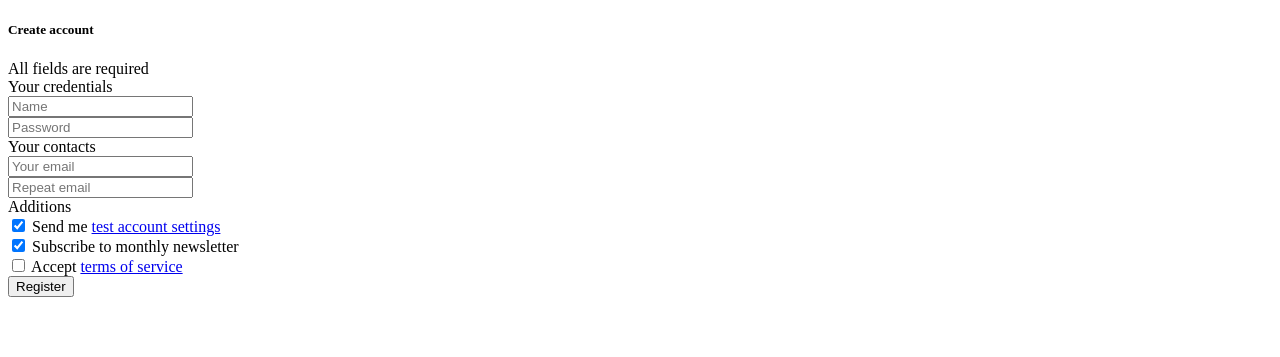
Repository: dionannd/laravel-inventory
Page: http://localhost/register
These files come from the project's save history. The page is drawn as it stood at one moment and after the next save; the edit follows.
The browser window is 1280 px wide. The pictures show the whole page.
The page is served by the project's Laravel application, run on PHP 8.4 with Laravel 8.

Above is the page before, as saved 2019-08-02 19:35:40.

After the next save:
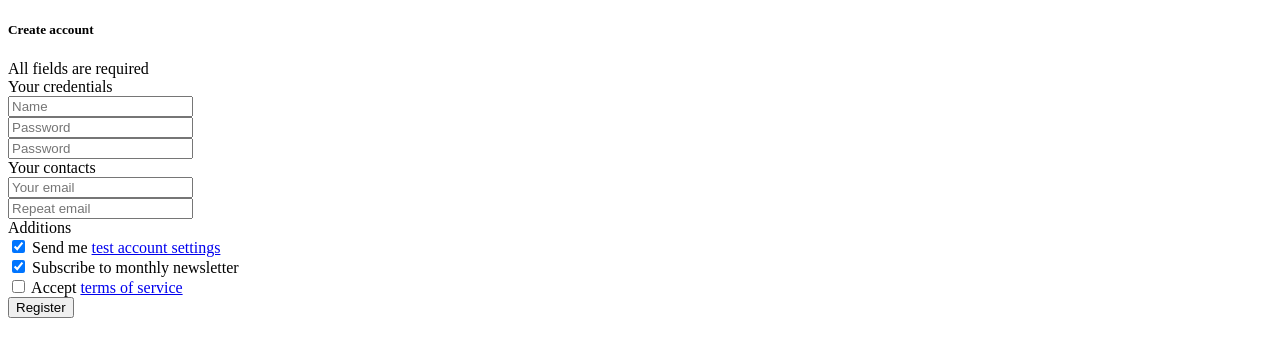
Saved 5 s later.
--- a/resources/views/auth/register.blade.php
+++ b/resources/views/auth/register.blade.php
@@ -29,6 +29,12 @@
                     </div>
                 </div>
 
+                <div class="form-group form-group-feedback form-group-feedback-left">
+                    <input type="password" class="form-control" placeholder="Password">
+                    <div class="form-control-feedback">
+                        <i class="icon-user-lock text-muted"></i>
+                    </div>
+                </div>
                 <div class="form-group form-group-feedback form-group-feedback-left">
                     <input type="password" class="form-control" placeholder="Password">
                     <div class="form-control-feedback">
